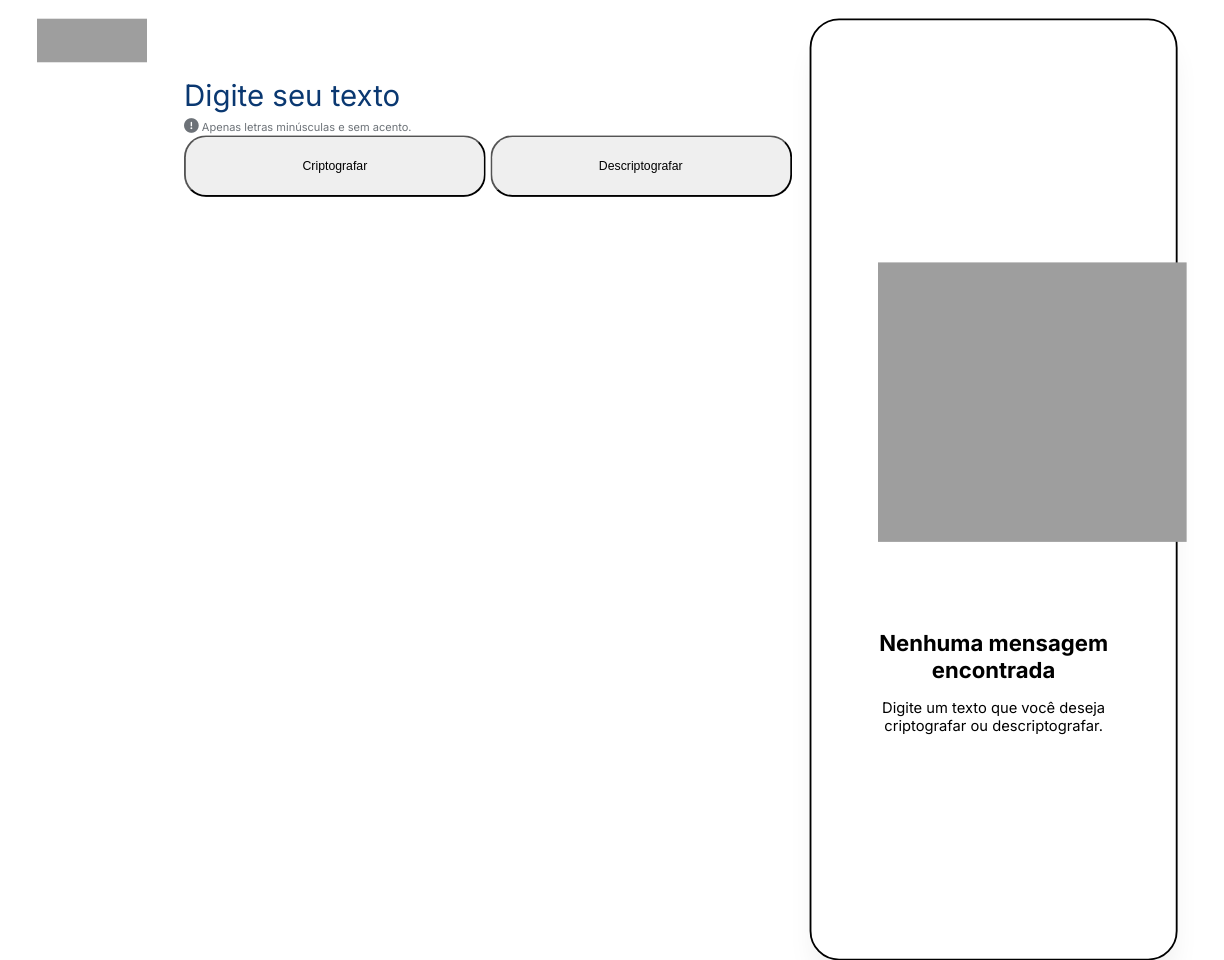
Repository: CarlosEduardoVdeOliveira/descodificador-de-texto
Page: index.html
An editor plug-in stored every save of this project. The page is shown before and after the next save, followed by the edit.
The browser window is 1280 px wide. The page is 1330 px wide, so the pictures cover 1330 px, including what lies to the right of the window. The pictures show the whole page, at 92% of full size.
Pictures or frames that could not be fetched are drawn as grey boxes.

Above is the page before, as saved 2023-04-11 21:56:59.

After the next save:
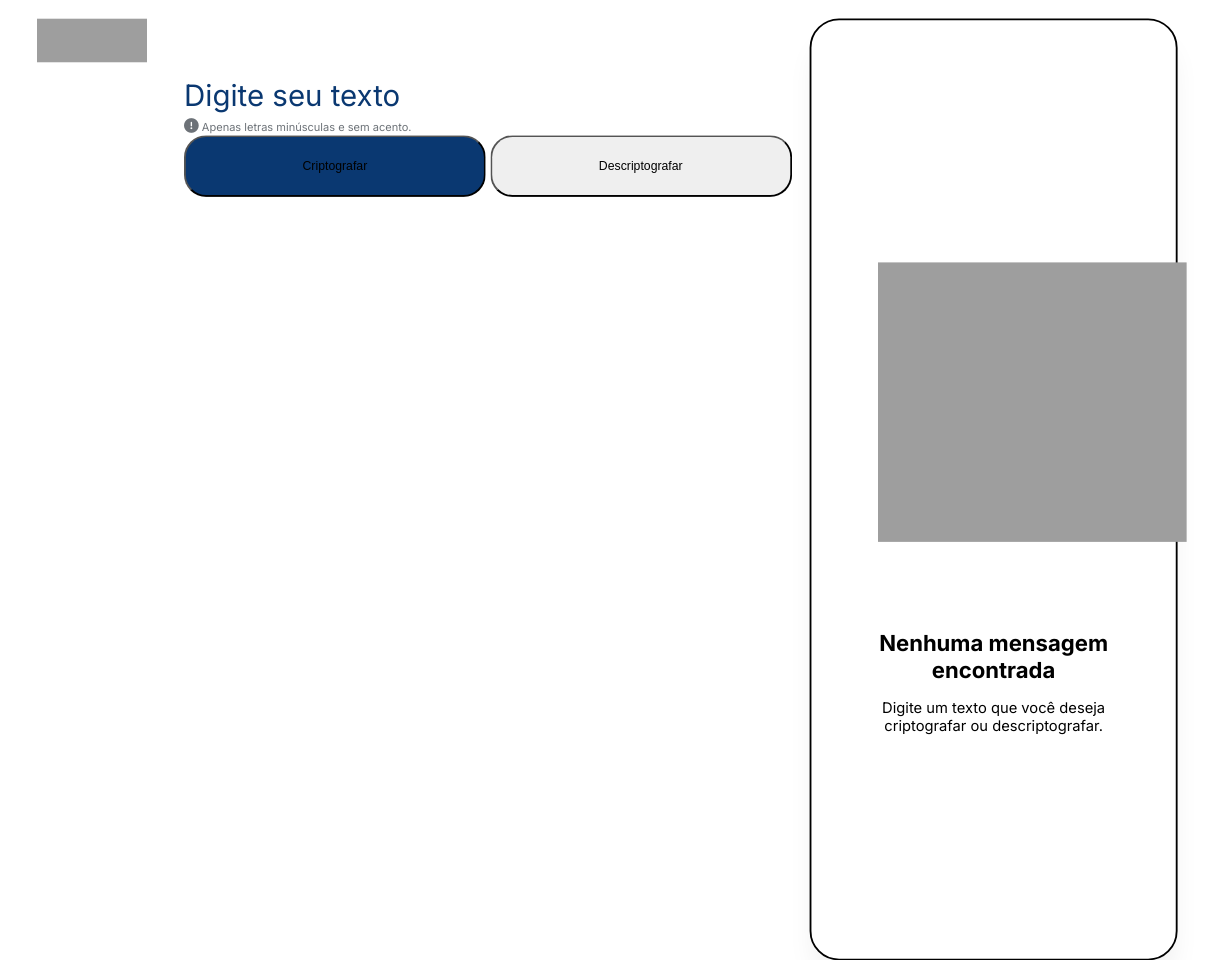
Saved 8 s later.
--- a/public/styles/index.css
+++ b/public/styles/index.css
@@ -58,8 +58,11 @@ button{
    height: 67px;
    border-radius: 24px;
 }
-button-cryptography{
+.button-cryptography{
    background-color: var(--dark-blue-300);
+}
+.button-decryption{
+
 }
 .highlight{
    width: 25rem;
